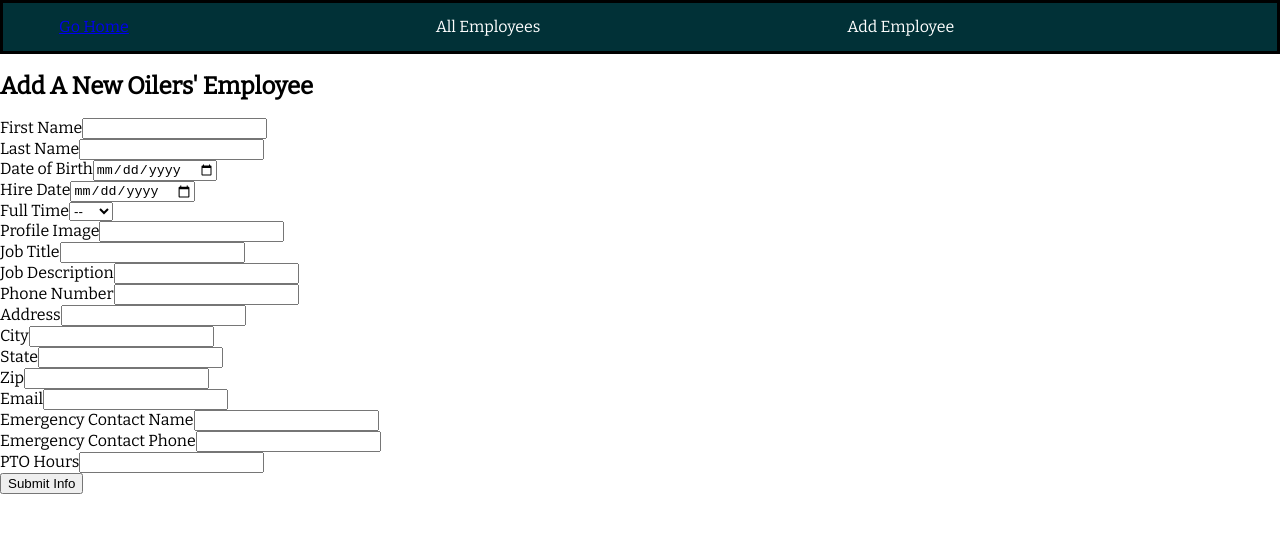
Repository: rh1456/employee-directory
Page: /2
These files come from the project's save history. The page is drawn as it stood at one moment and after the next save; the edit follows.
The browser window is 1280 px wide. The pictures show the whole page.
The project was rebuilt for these pictures with package versions that can differ from the ones it lists, and the page was loaded fresh each time. Also part of the build but not shown: src/pages/HomePage.jsx, src/pages/SingleEmployee.jsx, src/pages/AllEmployees.jsx.

Above is the page before, as saved 2019-12-08 18:34:40.

After the next save:
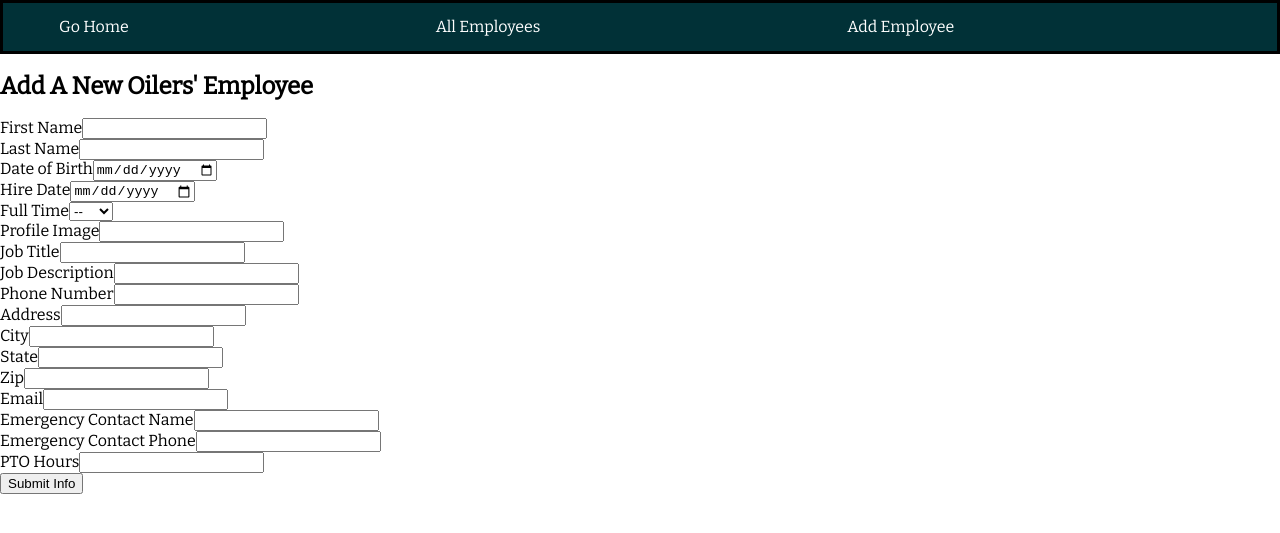
Saved 5 s later.
--- a/src/App.jsx
+++ b/src/App.jsx
@@ -13,7 +13,9 @@
         <nav>
           <ul>
             <li>
-              <Link to="/">Go Home</Link>
+              <Link to="/" className="Nav-link">
+                Go Home
+              </Link>
             </li>
             <li>
               <Link to="/1" className="Nav-link">
